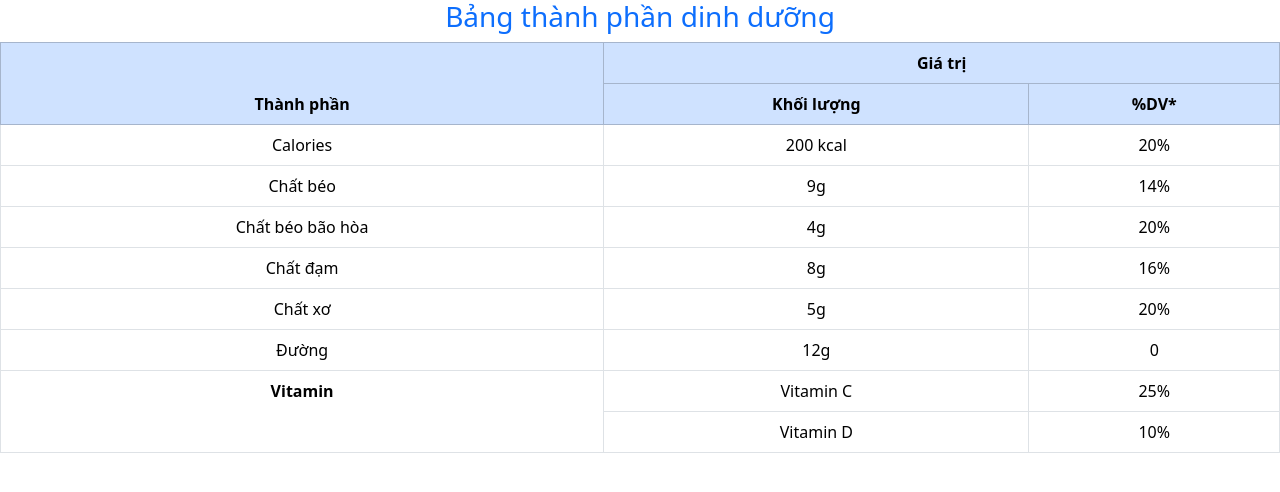
Repository: KizukoHeiwa/SOF308
Page: Lab2/bai1.html
The author's editor kept a copy of each file at every save. The page is drawn from the files as they stood at one save, then again after a run of saves.
The browser window is 1280 px wide. The pictures show the whole page.

Above is the page before, as saved 2024-11-07 10:06:30.

### Lab2/bai1.html
<!DOCTYPE html>
<html lang="en">

<head>
    <meta charset="UTF-8">
    <meta name="viewport" content="width=device-width, initial-scale=1.0">
    <title>LAB2B1</title>
</head>

<body>
    <div class="container-fluid">

        <h3 class="text-center text-primary">Bảng thành phần dinh dưỡng</h3>
    </div>
    <table class="table table-bordered text-center">
        <thead class="table-primary">
            <tr>
                <th rowspan="2">Thành phần</th>
                <th colspan="2">Giá trị</th>
            </tr>
            <tr>
                <th>Khối lượng</th>
                <th>%DV*</th>
            </tr>
        </thead>
        <tbody>
            <tr>
                <td>Calories</td>
                <td>200 kcal</td>
                <td>20%</td>
            </tr>
            <tr>
                <td>Chất béo</td>
                <td>9g</td>
                <td>14%</td>
            </tr>
            <tr>
                <td>Chất béo bão hòa</td>
                <td>4g</td>
                <td>20%</td>
            </tr>
            <tr>
                <td>Chất đạm</td>
                <td>8g</td>
                <td>16%</td>
            </tr>
            <tr>
                <td>Chất xơ</td>
                <td>5g</td>
                <td>20%</td>
            </tr>
            <tr>
                <td>Đường</td>
                <td>12g</td>
                <td>0</td>
            </tr>
            <tr>
                <th rowspan="2">Vitamin</th>
                <td>Vitamin C</td>
                <td>25%</td>
            </tr>
            <tr>
                <td>Vitamin D</td>
                <td>10%</td>
            </tr>
        </tbody>
    </table>

    <link href="https://cdn.jsdelivr.net/npm/bootstrap@5.3.3/dist/css/bootstrap.min.css" rel="stylesheet">
    <link rel="stylesheet" href="https://cdnjs.cloudflare.com/ajax/libs/font-awesome/6.0.0-beta3/css/all.min.css">
    <script src="https://cdn.jsdelivr.net/npm/bootstrap@5.3.3/dist/js/bootstrap.bundle.min.js"></script>
</body>

</html>

After the next 3 saves:
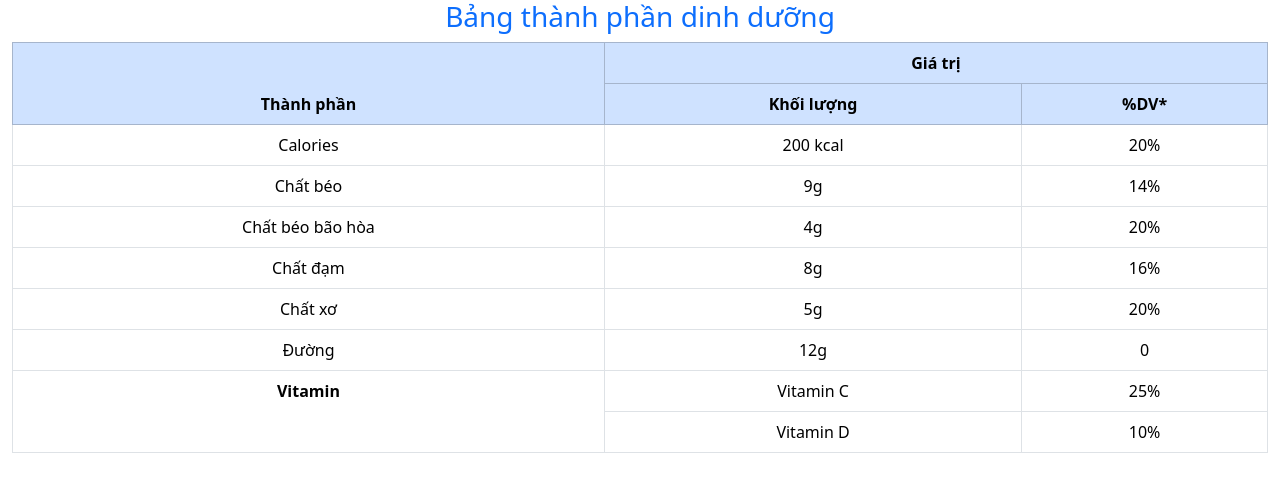
The 3 saves are shown as one change because they came seconds apart.
The last was saved 10 s later.
--- a/Lab2/bai1.html
+++ b/Lab2/bai1.html
@@ -9,62 +9,61 @@
 
 <body>
     <div class="container-fluid">
-
         <h3 class="text-center text-primary">Bảng thành phần dinh dưỡng</h3>
+        <table class="table table-bordered text-center">
+            <thead class="table-primary">
+                <tr>
+                    <th rowspan="2">Thành phần</th>
+                    <th colspan="2">Giá trị</th>
+                </tr>
+                <tr>
+                    <th>Khối lượng</th>
+                    <th>%DV*</th>
+                </tr>
+            </thead>
+            <tbody>
+                <tr>
+                    <td>Calories</td>
+                    <td>200 kcal</td>
+                    <td>20%</td>
+                </tr>
+                <tr>
+                    <td>Chất béo</td>
+                    <td>9g</td>
+                    <td>14%</td>
+                </tr>
+                <tr>
+                    <td>Chất béo bão hòa</td>
+                    <td>4g</td>
+                    <td>20%</td>
+                </tr>
+                <tr>
+                    <td>Chất đạm</td>
+                    <td>8g</td>
+                    <td>16%</td>
+                </tr>
+                <tr>
+                    <td>Chất xơ</td>
+                    <td>5g</td>
+                    <td>20%</td>
+                </tr>
+                <tr>
+                    <td>Đường</td>
+                    <td>12g</td>
+                    <td>0</td>
+                </tr>
+                <tr>
+                    <th rowspan="2">Vitamin</th>
+                    <td>Vitamin C</td>
+                    <td>25%</td>
+                </tr>
+                <tr>
+                    <td>Vitamin D</td>
+                    <td>10%</td>
+                </tr>
+            </tbody>
+        </table>
     </div>
-    <table class="table table-bordered text-center">
-        <thead class="table-primary">
-            <tr>
-                <th rowspan="2">Thành phần</th>
-                <th colspan="2">Giá trị</th>
-            </tr>
-            <tr>
-                <th>Khối lượng</th>
-                <th>%DV*</th>
-            </tr>
-        </thead>
-        <tbody>
-            <tr>
-                <td>Calories</td>
-                <td>200 kcal</td>
-                <td>20%</td>
-            </tr>
-            <tr>
-                <td>Chất béo</td>
-                <td>9g</td>
-                <td>14%</td>
-            </tr>
-            <tr>
-                <td>Chất béo bão hòa</td>
-                <td>4g</td>
-                <td>20%</td>
-            </tr>
-            <tr>
-                <td>Chất đạm</td>
-                <td>8g</td>
-                <td>16%</td>
-            </tr>
-            <tr>
-                <td>Chất xơ</td>
-                <td>5g</td>
-                <td>20%</td>
-            </tr>
-            <tr>
-                <td>Đường</td>
-                <td>12g</td>
-                <td>0</td>
-            </tr>
-            <tr>
-                <th rowspan="2">Vitamin</th>
-                <td>Vitamin C</td>
-                <td>25%</td>
-            </tr>
-            <tr>
-                <td>Vitamin D</td>
-                <td>10%</td>
-            </tr>
-        </tbody>
-    </table>
 
     <link href="https://cdn.jsdelivr.net/npm/bootstrap@5.3.3/dist/css/bootstrap.min.css" rel="stylesheet">
     <link rel="stylesheet" href="https://cdnjs.cloudflare.com/ajax/libs/font-awesome/6.0.0-beta3/css/all.min.css">
